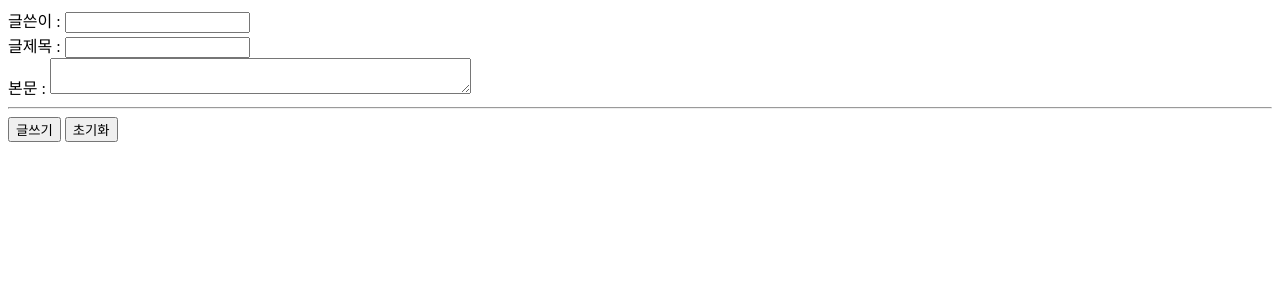
Repository: HeeMang28/jsp2
Page: http://localhost/MyFirstWeb/board/boardInsertForm.jsp
The author's editor kept a copy of each file at every save. The page is drawn from the files as they stood at one save, then again after the next save.
The browser window is 1280 px wide. The pictures show the whole page.
The page is served by Tomcat 9. Other server files are loaded and not shown.

Above is the page before, as saved 2022-04-19 10:24:35.

### MyFirstWeb/src/main/webapp/board/boardInsertForm.jsp
<%@ page language="java" contentType="text/html; charset=UTF-8"
    pageEncoding="UTF-8"%>
<!DOCTYPE html>
<html>
<head>
<meta charset="UTF-8">
<title>Insert title here</title>
</head>
<body>
	<form action="http://localhost:8080/MyFirstWeb/boardInsert" method="post">
	글쓴이 : <input type="text" name="writer"/> <br/>
	글제목 : <input type="text" name="title"/> <br/>
	본문 : <textarea cols="50" row="15" name="content"/></textarea> <br/>
	<hr/>
	<input type="submit" value="글쓰기"/>
	<input type="reset" value="초기화">
	</form>
</body>
</html>

After the next save:
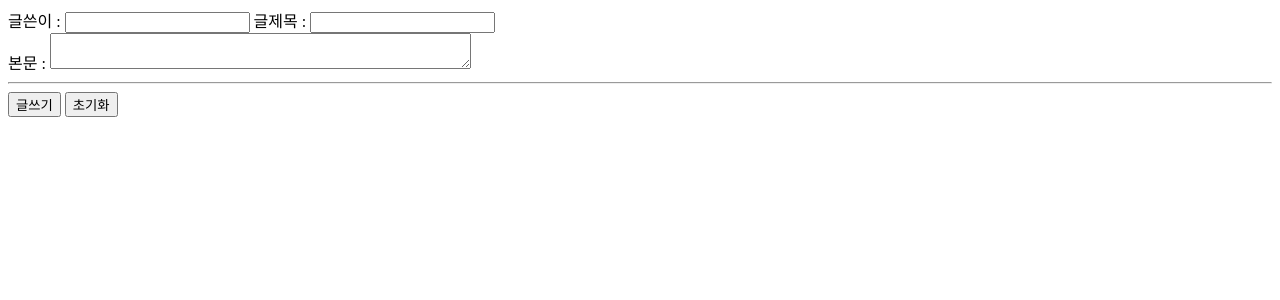
Saved 33 s later.
--- a/MyFirstWeb/src/main/webapp/board/boardInsertForm.jsp
+++ b/MyFirstWeb/src/main/webapp/board/boardInsertForm.jsp
@@ -8,7 +8,7 @@
 </head>
 <body>
 	<form action="http://localhost:8080/MyFirstWeb/boardInsert" method="post">
-	글쓴이 : <input type="text" name="writer"/> <br/>
+	글쓴이 : <input type="text" name="writer"/>
 	글제목 : <input type="text" name="title"/> <br/>
 	본문 : <textarea cols="50" row="15" name="content"/></textarea> <br/>
 	<hr/>
